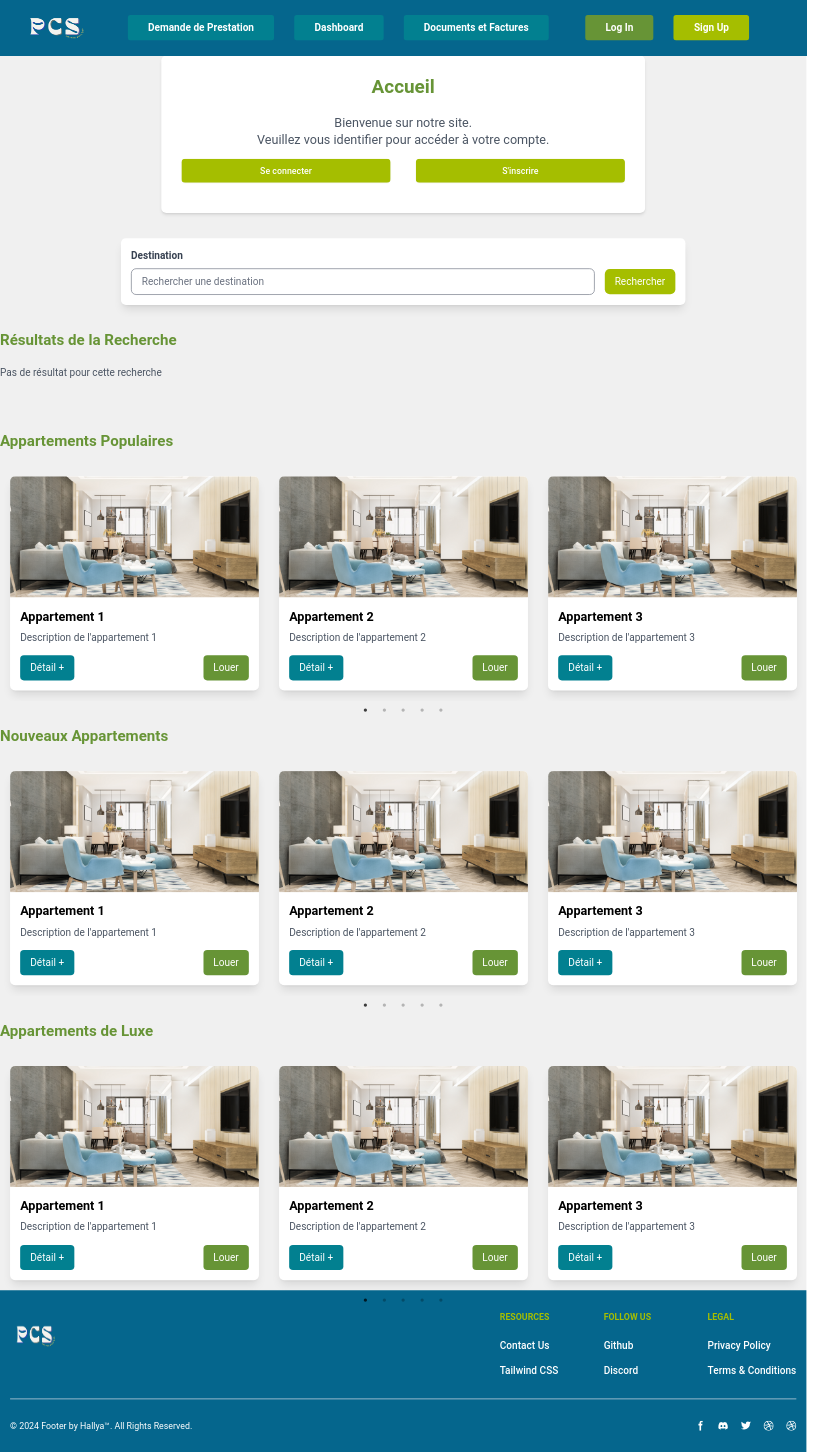
Repository: HATTOUNGBRE/ProjetAnnuel2
Page: /logout (app in FRONT/)
These files come from the project's save history. The page is drawn as it stood at one moment and after the next save; the edit follows.
The browser window is 1280 px wide. The page is 1305 px wide, so the pictures cover 1305 px, including what lies to the right of the window. The pictures show the whole page, at 63% of full size.
The page's requests for data from a server got no answer. The project was rebuilt for these pictures with package versions that can differ from the ones it lists, and the page was loaded fresh each time. No one was signed in, and anything a server would have sent is missing. Also part of the build but not shown: FRONT/vite.config.js, FRONT/src/components/Contact.jsx, FRONT/src/components/CatUser.jsx, FRONT/src/components/Login.jsx, FRONT/src/components/prestataire/PrestataireType.jsx, FRONT/src/components/prestataire/PrestataireDetails.jsx, FRONT/src/components/Account.jsx, FRONT/src/components/Inscription.jsx and 13 more.

Above is the page before, as saved 2024-06-29 14:10:55.

### FRONT/src/main.jsx
import React from 'react'
import ReactDOM from 'react-dom/client'
import App from './App.jsx'
import './App.css'
import { AuthProvider } from './components/AuthContext';
import {
  BrowserRouter,
  Route,
  Link
} from "react-router-dom";

ReactDOM.createRoot(document.getElementById('root')).render(
  <React.StrictMode>
    <AuthProvider>
    <App />
    </AuthProvider>
  </React.StrictMode>,
)

### FRONT/src/App.css
@tailwind base;
@tailwind components;
@tailwind utilities;

html, body {
  height: 100%;
  width: 100%;
  margin: 0;
  padding: 0;
  font-family: 'Roboto', sans-serif;
}


.logo {
  height: 5em;
  width: 7em;
  /* will-change: filter; */
  transition: filter 300ms;
}
.logo:hover {
}
.logo.react:hover {
  filter: drop-shadow(0 0 2em #61dafbaa);
}

@keyframes logo-spin {
  from {
    transform: rotate(0deg);
  }
  to {
    transform: rotate(360deg);
  }
}


.card {
  padding: 2em;
}

.read-the-docs {
  color: #888;
}
footer {
  position: absolute;
  left: 0;
  bottom: 0;
  width: 100%;
}
html, body {
  height: 100%;
  margin: 0;
  padding: 0;

}



footer {
  flex-shrink: 0; /* Empêche le pied de page de rétrécir si le contenu est trop grand */
}

.main-content {
  flex: 1;
  padding: 24px;
  overflow-y: auto;
  display: flex;
  flex-direction: column;
}

### FRONT/src/components/Header.jsx
import { useState, useEffect } from 'react';
import Nav from './Nav';
import { Link } from "react-router-dom";

function Header(props) {
  const { isLoggedIn, userRole } = props;

  return (
    <div>
      <header className="bg-pcs-200 sticky top-0 z-[20]">
        <nav className="bg-pcs-200 border-gray-200 dark:bg-gray-900 w-full">
          <div className="w-full flex flex-wrap items-center justify-around p-1">
            <Link to="/" className="flex items-center space-x-3 rtl:space-x-reverse">
              <img src="/public/images/fullDay.png" className="h-8 logo" alt="PCSLogo" />
            </Link>
            <Nav isLoggedIn={isLoggedIn} userRole={userRole} />
            <button
              data-collapse-toggle="navbar-default"
              type="button"
              className="inline-flex items-center p-2 w-10 h-10 justify-center text-sm text-gray-500 rounded-lg md:hidden focus:outline-none focus:ring-2 focus:ring-gray-200 dark:text-gray-400 dark:focus:ring-gray-600"
              aria-controls="navbar-default"
              aria-expanded="false"
            >
              <span className="sr-only">Open main menu</span>
              <svg
                className="w-5 h-5"
                aria-hidden="true"
                xmlns="http://www.w3.org/2000/svg"
                fill="none"
                viewBox="0 0 17 14"
              >
                <path
                  stroke="currentColor"
                  strokeLinecap="round"
                  strokeLinejoin="round"
                  strokeWidth="2"
                  d="M1 1h15M1 7h15M1 13h15"
                />
              </svg>
            </button>
            <div className="hidden w-full md:block md:w-auto" id="navbar-default"></div>
          </div>
        </nav>
      </header>
    </div>
  );
}

export default Header;

### FRONT/src/components/Main.jsx
import React, { useState, useContext, useEffect } from 'react';
import AuthContext from './AuthContext';
import { Link } from 'react-router-dom';
import PropertySliderSection from './PropertySliderSection';
import PropertyRow from './PropertyRow';
import 'slick-carousel/slick/slick.css';
import 'slick-carousel/slick/slick-theme.css';

const SearchResults = ({ properties }) => (
  <div className="mt-10 w-full">
    <h2 className="text-2xl font-semibold text-pcs-400 mb-6">Résultats de la Recherche</h2>
    {properties.length > 0 ? (
      <div className="grid grid-cols-1 md:grid-cols-2 lg:grid-cols-3 gap-4">
        {properties.map(property => (
          <PropertyRow key={property.id} property={property} />
        ))}
      </div>
    ) : (
      <p className="text-gray-600">Pas de résultat pour cette recherche</p>
    )}
  </div>
);

function Main() {
  const { isLoggedIn, userRole } = useContext(AuthContext);

  const [searchTerm, setSearchTerm] = useState('');
  const [cities, setCities] = useState([]);
  const [properties, setProperties] = useState([]);
  const [allProperties, setAllProperties] = useState([]);

  useEffect(() => {
    if (searchTerm.length >= 2) {
      searchCities(searchTerm);
    } else {
      setCities([]);
    }
  }, [searchTerm]);

  useEffect(() => {
    fetchAllProperties();
  }, []);

  const searchCities = async (term) => {
    try {
      const response = await fetch(`https://geo.api.gouv.fr/communes?nom=${term}&fields=departement&boost=population&limit=5`);
      const data = await response.json();
      setCities(data);
    } catch (error) {
      console.error('Error fetching cities:', error);
    }
  };

  const fetchAllProperties = async () => {
    try {
      const response = await fetch('http://localhost:8000/api/properties');
      const data = await response.json();
      setAllProperties(data);
    } catch (error) {
      console.error('Error fetching all properties:', error);
    }
  };

  const handleSearch = async (e) => {
    e.preventDefault();
    try {
      const response = await fetch(
        `http://localhost:8000/api/search-properties?commune=${searchTerm}`
      );
      const data = await response.json();
      setProperties(data);
      setCities([]);  // Effacer les suggestions après la sélection
    } catch (error) {
      console.error('Error fetching properties:', error);
    }
  };

  const sliderSettings = {
    dots: true,
    infinite: true,
    speed: 500,
    slidesToShow: 3,
    slidesToScroll: 1,
    responsive: [
      {
        breakpoint: 1024,
        settings: {
          slidesToShow: 2,
          slidesToScroll: 1,
          infinite: true,
          dots: true
        }
      },
      {
        breakpoint: 600,
        settings: {
          slidesToShow: 1,
          slidesToScroll: 1
        }
      }
    ]
  };

  return (
    <div className="min-h-screen bg-pcs-100 flex flex-col items-center justify-center">
      <div className="max-w-3xl w-full p-8 bg-white shadow-md rounded-lg text-center">
        <h1 className="text-3xl font-semibold text-pcs-400 mb-6">Accueil</h1>
        {isLoggedIn ? (
          <p className="text-xl text-pcs-300">
            Vous êtes connecté.e en tant que <span className="font-bold">{userRole}</span>
          </p>
        ) : (
          <div>
            <p className="text-xl text-gray-600">Bienvenue sur notre site.</p>
            <p className="text-xl text-gray-600">Veuillez vous identifier pour accéder à votre compte.</p>
            <div className='flex justify-center mt-4 space-x-10'>
              <button className='w-full px-4 mb-4 py-2 text-sm font-medium text-white bg-pcs-300 border border-transparent rounded-md shadow-sm hover:bg-pcs-400'>
                <Link to="/components/catUser">Se connecter</Link>
              </button>
              <button className='w-full px-4 mb-4 py-2 text-sm font-medium text-white bg-pcs-300 border border-transparent rounded-md shadow-sm hover:bg-pcs-400'>
                <Link to="/components/inscription">S'inscrire</Link>
              </button>
            </div>
          </div>
        )}
      </div>

      {/* Barre de recherche */}
      {!isLoggedIn || userRole === 'voyageur' ? (
        <div className="mt-10 w-full max-w-4xl bg-white shadow-lg rounded-lg p-4">
          <form onSubmit={handleSearch} className="flex items-center space-x-4">
            <div className="relative w-full">
              <label className="block text-gray-700 font-bold mb-2">Destination</label>
              <input
                type="text"
                className="w-full px-4 py-2 border rounded-lg focus:outline-none focus:ring-2 focus:ring-blue-500"
                placeholder="Rechercher une destination"
                value={searchTerm}
                onChange={(e) => setSearchTerm(e.target.value)}
              />
              {cities.length > 0 && (
                <ul className="absolute left-0 mt-2 w-full bg-white border rounded-lg z-10 max-h-48 overflow-y-auto">
                  {cities.map((city) => (
                    <li key={city.code} className="px-4 py-2 border-b last:border-b-0 cursor-pointer hover:bg-gray-200" onClick={() => { setSearchTerm(city.nom); setCities([]); }}>
                      {city.nom} ({city.departement.nom})
                    </li>
                  ))}
                </ul>
              )}
            </div>
            <button
              type="submit"
              className="bg-pcs-300 mt-8 text-white py-2 px-4 rounded-lg hover:bg-pcs-400 focus:outline-none focus:ring-2 focus:ring-blue-500"
            >
              Rechercher
            </button>
          </form>
        </div>
      ) : null}

      {/* Résultats de la recherche */}
      <SearchResults properties={properties} />

      {/* Toutes les propriétés */}
      <PropertyRow title="Toutes les Propriétés" properties={allProperties} sliderSettings={sliderSettings} />

      {/* Sections de propriétés fictives */}
      <PropertySliderSection title="Appartements Populaires" sliderSettings={sliderSettings} />
      <PropertySliderSection title="Nouveaux Appartements" sliderSettings={sliderSettings} />
      <PropertySliderSection title="Appartements de Luxe" sliderSettings={sliderSettings} />
    </div>
  );
}

export default Main;

### FRONT/src/components/Nav.jsx
import { Link } from "react-router-dom";

function Nav(props) {
    const { isLoggedIn, userRole } = props;

    console.log('isLoggedIn page NAV:', isLoggedIn);
    return (
        <>
            <div className='flex space-x-8'>
                <Link to={`/${userRole}/Reservation`}>
                    <button className="bg-pcs-250 hover:bg-pcs-300 text-white font-bold py-2 px-8 rounded">
                        Demande de Prestation
                    </button>
                </Link>

                <Link to={`/components/dashboard/${userRole}`}>
                    <button className="bg-pcs-250 hover:bg-pcs-300 text-white font-bold py-2 px-8 rounded">
                        Dashboard
                    </button>
                </Link>

                <Link to={`/${userRole}/Prestation`}>
                    <button className="bg-pcs-250 hover:bg-pcs-300 text-white font-bold py-2 px-8 rounded">
                        Documents et Factures
                    </button>
                </Link>
            </div>
            {isLoggedIn ? (
                <div className='flex space-x-8'>
                    <Link to='/account'>
                        <button className="bg-pcs-400 hover:bg-pcs-700 text-white font-bold py-2 px-8 rounded">
                            Account
                        </button>
                    </Link>
                    <Link to='/logout'>
                        <button className="bg-pcs-300 hover:bg-pcs-600 text-white font-bold py-2 px-8 rounded">
                            Log out
                        </button>
                    </Link>

                </div>
            ) : (
                <div className='flex space-x-8'>
                    <Link to='/components/catuser'>
                        <button className="bg-pcs-400 hover:bg-pcs-700 text-white font-bold py-2 px-8 rounded">
                            Log In
                        </button>
                    </Link>

                    <Link to='/components/Inscription'>
                        <button className="bg-pcs-300 hover:bg-pcs-600 text-white font-bold py-2 px-8 rounded">
                            Sign Up
                        </button>
                    </Link>
                </div>
            )}
        </>
    );
};

export default Nav;

### FRONT/src/components/LogOut.jsx
import React, { useContext, useEffect } from 'react';
import { useNavigate } from 'react-router-dom';
import AuthContext from './AuthContext';

const LogOut = () => {
  const { logout } = useContext(AuthContext);
  const navigate = useNavigate();

  useEffect(() => {
    logout();
    navigate('/');
  }, [logout, navigate]);

  return null;
};

export default LogOut;

### FRONT/src/components/PropertySliderSection.jsx
import React from 'react';
import Slider from 'react-slick';

const PropertySliderSection = ({ title, sliderSettings }) => {
  return (
    <div className="mt-10 w-full">
      <h2 className="text-2xl font-semibold text-pcs-400 mb-6">{title}</h2>
      <Slider {...sliderSettings}>
        {[1, 2, 3, 4, 5].map(item => (
          <div key={item} className="p-4">
            <div className="bg-white shadow-lg rounded-lg overflow-hidden">
              <img src="http://localhost:8000/uploads/property_photos/default_appart.jpg" alt={`Appartement ${item}`} className="h-48 w-full object-cover" />
              <div className="p-4">
                <h3 className="text-xl font-semibold mb-2">Appartement {item}</h3>
                <p className="text-gray-600 mb-4">Description de l'appartement {item}</p>
                <div className="flex justify-between">
                  <button className="bg-pcs-250 hover:bg-pcs-200 text-white py-2 px-4 rounded-md">Détail +</button>
                  <button className="bg-pcs-400 text-white py-2 px-4 rounded-md">Louer</button>
                </div>
              </div>
            </div>
          </div>
        ))}
      </Slider>
    </div>
  );
};

export default PropertySliderSection;

### FRONT/src/components/PropertyRow.jsx
import React from 'react';
import Slider from 'react-slick';

const PropertyRow = ({ properties = [], sliderSettings }) => {
  return (
    <div className="mt-10 w-full">
      <Slider {...sliderSettings}>
        {properties.map(property => (
          <div key={property.id} className="p-4">
            <div className="bg-white shadow-lg rounded-lg overflow-hidden">
              <img src={`http://localhost:8000/uploads/property_photos/${property.image}`} alt={property.name} className="h-48 w-full object-cover" />
              <div className="p-4">
                <h3 className="text-xl font-semibold mb-2">{property.name}</h3>
                <p className="text-gray-600 mb-4">{property.description}</p>
                <p className="text-gray-600 mb-4">{property.commune}</p>
                <div className="flex justify-between">
                  <button className="bg-pcs-250 hover:bg-pcs-200 text-white py-2 px-4 rounded-md">Détail +</button>
                  <button className="bg-pcs-400 text-white py-2 px-4 rounded-md">Louer</button>
                </div>
              </div>
            </div>
          </div>
        ))}
      </Slider>
    </div>
  );
};

export default PropertyRow;

### FRONT/src/components/SearchResults.jsx
import React, { useEffect, useState } from 'react';
import PropertyRow from './PropertyRow';

const SearchResults = ({ searchTerm }) => {
  const [properties, setProperties] = useState([]);
  const [isLoading, setIsLoading] = useState(true);
  const [error, setError] = useState(null);

  useEffect(() => {
    const fetchProperties = async () => {
      console.log('Fetching properties for search term:', searchTerm);
      try {
        const response = await fetch(`http://localhost:8000/api/search-properties?commune=${searchTerm}`);
        const data = await response.json();
        console.log('Properties fetched:', data);
        setProperties(data);
        setIsLoading(false);
      } catch (err) {
        console.error('Error fetching properties:', err);
        setError('Erreur lors de la récupération des données.');
        setIsLoading(false);
      }
    };

    if (searchTerm) {
      fetchProperties();
    } else {
      console.log('No search term provided, skipping fetch');
      setProperties([]);
      setIsLoading(false);
    }
  }, [searchTerm]);

  if (isLoading) {
    return <div>Chargement...</div>;
  }

  if (error) {
    return <div className="text-red-500">{error}</div>;
  }

  if (properties.length === 0) {
    return <div>Pas de résultat pour cette recherche</div>;
  }

  return (
    <div>
      <h2 className="text-2xl font-semibold text-pcs-400 mb-6">Résultats de la Recherche</h2>
      <div className="flex flex-col">
        {properties.map(property => (
          <PropertyRow key={property.id} property={property} />
        ))}
      </div>
    </div>
  );
};

export default SearchResults;

Loaded but not shown: FRONT/index.html (common file); FRONT/tailwind.config.js (26 lines, source omitted); FRONT/src/components/Footer.jsx (91 lines, source omitted); FRONT/src/App.jsx (95 lines, source omitted); FRONT/src/components/AuthContext.jsx (90 lines, source omitted)

After the next save:
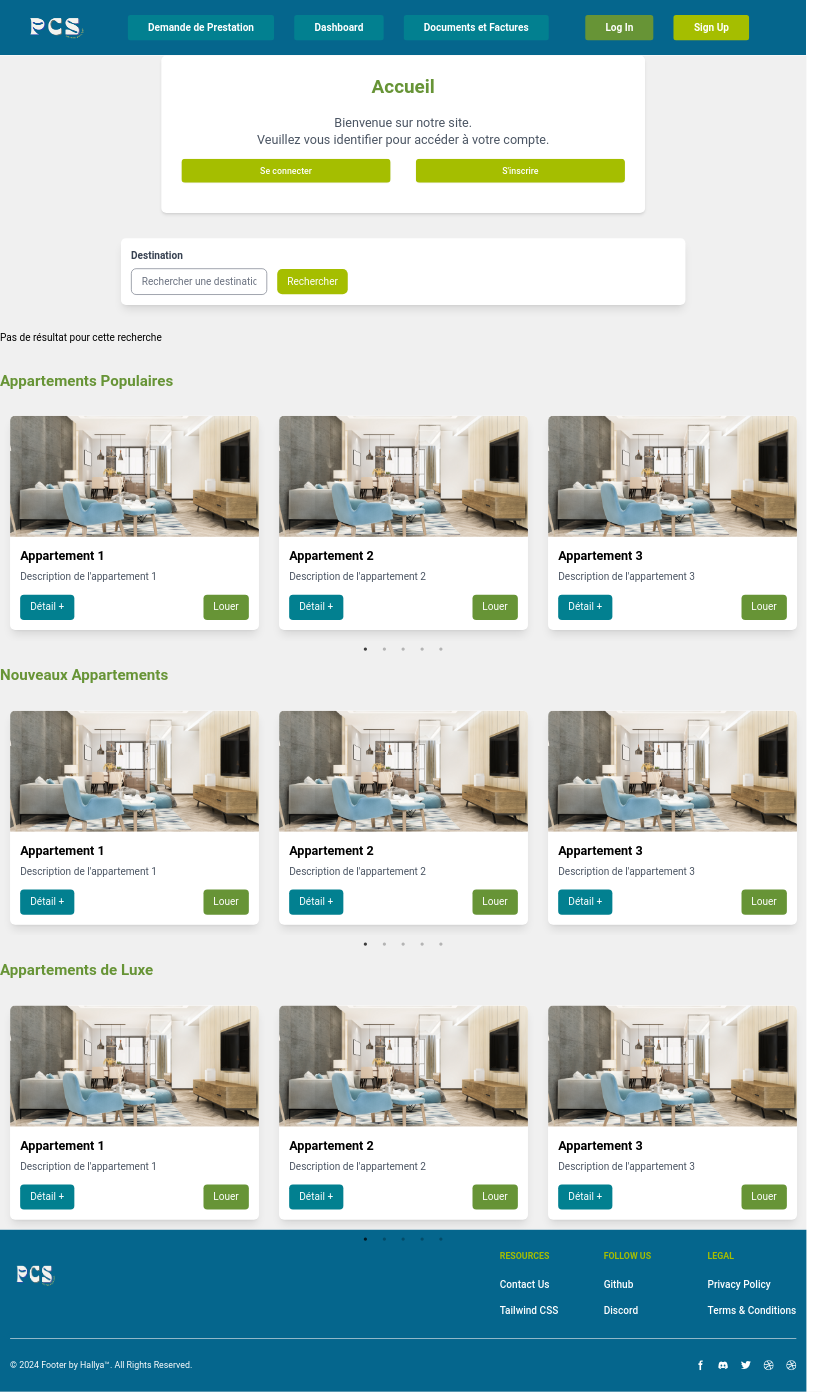
Saved 10 s later.
--- a/FRONT/src/components/Main.jsx
+++ b/FRONT/src/components/Main.jsx
@@ -2,32 +2,15 @@ import React, { useState, useContext, useEffect } from 'react';
 import AuthContext from './AuthContext';
 import { Link } from 'react-router-dom';
 import PropertySliderSection from './PropertySliderSection';
-import PropertyRow from './PropertyRow';
+import SearchResults from './SearchResults';
 import 'slick-carousel/slick/slick.css';
 import 'slick-carousel/slick/slick-theme.css';
 
-const SearchResults = ({ properties }) => (
-  <div className="mt-10 w-full">
-    <h2 className="text-2xl font-semibold text-pcs-400 mb-6">Résultats de la Recherche</h2>
-    {properties.length > 0 ? (
-      <div className="grid grid-cols-1 md:grid-cols-2 lg:grid-cols-3 gap-4">
-        {properties.map(property => (
-          <PropertyRow key={property.id} property={property} />
-        ))}
-      </div>
-    ) : (
-      <p className="text-gray-600">Pas de résultat pour cette recherche</p>
-    )}
-  </div>
-);
-
 function Main() {
   const { isLoggedIn, userRole } = useContext(AuthContext);
-
   const [searchTerm, setSearchTerm] = useState('');
   const [cities, setCities] = useState([]);
   const [properties, setProperties] = useState([]);
-  const [allProperties, setAllProperties] = useState([]);
 
   useEffect(() => {
     if (searchTerm.length >= 2) {
@@ -37,37 +20,27 @@ function Main() {
     }
   }, [searchTerm]);
 
-  useEffect(() => {
-    fetchAllProperties();
-  }, []);
-
   const searchCities = async (term) => {
+    console.log('Searching for cities with term:', term);
     try {
       const response = await fetch(`https://geo.api.gouv.fr/communes?nom=${term}&fields=departement&boost=population&limit=5`);
       const data = await response.json();
+      console.log('Cities fetched:', data);
       setCities(data);
     } catch (error) {
       console.error('Error fetching cities:', error);
     }
   };
 
-  const fetchAllProperties = async () => {
-    try {
-      const response = await fetch('http://localhost:8000/api/properties');
-      const data = await response.json();
-      setAllProperties(data);
-    } catch (error) {
-      console.error('Error fetching all properties:', error);
-    }
-  };
-
   const handleSearch = async (e) => {
     e.preventDefault();
+    console.log('Search initiated with term:', searchTerm);
     try {
       const response = await fetch(
         `http://localhost:8000/api/search-properties?commune=${searchTerm}`
       );
       const data = await response.json();
+      console.log('Search results:', data);
       setProperties(data);
       setCities([]);  // Effacer les suggestions après la sélection
     } catch (error) {
@@ -129,7 +102,7 @@ function Main() {
       {!isLoggedIn || userRole === 'voyageur' ? (
         <div className="mt-10 w-full max-w-4xl bg-white shadow-lg rounded-lg p-4">
           <form onSubmit={handleSearch} className="flex items-center space-x-4">
-            <div className="relative w-full">
+            <div className="relative w-1/4">
               <label className="block text-gray-700 font-bold mb-2">Destination</label>
               <input
                 type="text"
@@ -141,7 +114,7 @@ function Main() {
               {cities.length > 0 && (
                 <ul className="absolute left-0 mt-2 w-full bg-white border rounded-lg z-10 max-h-48 overflow-y-auto">
                   {cities.map((city) => (
-                    <li key={city.code} className="px-4 py-2 border-b last:border-b-0 cursor-pointer hover:bg-gray-200" onClick={() => { setSearchTerm(city.nom); setCities([]); }}>
+                    <li key={city.code} className="px-4 py-2 border-b last:border-b-0 cursor-pointer hover:bg-gray-200" onClick={() => setSearchTerm(city.nom)}>
                       {city.nom} ({city.departement.nom})
                     </li>
                   ))}
@@ -159,10 +132,9 @@ function Main() {
       ) : null}
 
       {/* Résultats de la recherche */}
-      <SearchResults properties={properties} />
-
-      {/* Toutes les propriétés */}
-      <PropertyRow title="Toutes les Propriétés" properties={allProperties} sliderSettings={sliderSettings} />
+      <div className="mt-10 w-full">
+        <SearchResults searchTerm={searchTerm} />
+      </div>
 
       {/* Sections de propriétés fictives */}
       <PropertySliderSection title="Appartements Populaires" sliderSettings={sliderSettings} />
